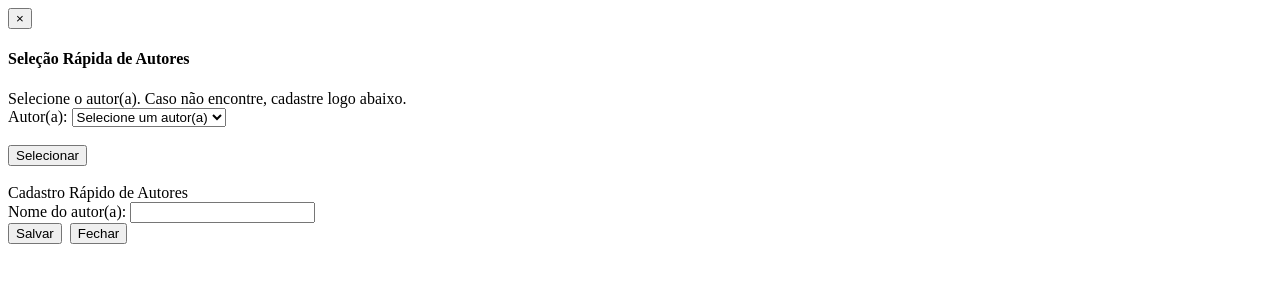
Repository: rrgonzaga/projeto-teste-biblioteca
Page: http://localhost/autor/CadastroRapidoAutor
An editor plug-in stored every save of this project. The page is shown before and after the next save, followed by the edit.
The browser window is 1280 px wide. The pictures show the whole page.
The page is this project's Thymeleaf template; nobody is signed in. The template is opened directly, without the code that normally fills it, so the values that code supplies are empty.

Above is the page before, as saved 2018-11-21 03:13:21.

### biblioteca/src/main/resources/templates/autor/CadastroRapidoAutor.html
<!DOCTYPE html>
<html lang="pt" xmlns="http://www.w3.org/1999/xhtml"
xmlns:th="http://www.thymeleaf.org">

<head></head>

<body>
	<!-- Modal -->
	<div class="modal fade" id="CadastroRapidoAutor-modal" tabindex="-1" role="dialog" th:fragment="CadastroRapidoAutor-modal">
	  <div class="modal-dialog modal-lg" >
	    <div class="modal-content">
	      <div class="modal-header">
	        <button type="button" class="close" data-dismiss="modal" ><span aria-hidden="true">&times;</span></button>
	        <h4 class="modal-title" id="myModalLabel">Seleção Rápida de Autores</h4>
	      </div>
	      <div class="modal-body">
	      	<form class="form-horizontal" th:action="@{/autores}">
		      	<div id="SelecaoRapida">
		      		<div class="">
		      			<div class="alert alert-info" role="alert">Selecione o autor(a). Caso não encontre, cadastre logo abaixo.</div>
		      			<label for="" class="control-label">Autor(a):</label>
	      				<select id="sel-autor-modal" class="form-control">
	      					<option value="">Selecione um autor(a)</option>
	      					<option th:each="autor: ${autores}" th:value="${autor.codigo}" th:text="${autor.nome}"></option>
	      				</select>
		      		</div>
	      		    <br>
		      		<div class="text-right">
		      			<button id="btnSelecionar-modal" type="button" class="btn btn-primary">Selecionar</button>
		      		</div>
	      		</div>
		      	<br>
		      	<div id="CadastroRapido">
		      		<div id="js-mensagem-cadastro-rapido-autores" class="alert alert-danger hidden" role="alert"></div>
		      		<div class="alert alert-warning" role="alert">Cadastro Rápido de Autores</div>
		      		<div id="form-group-input-nome-autor" class="">
		      			<label for="id-autor-modal" class="col-sm-1 control-label">Nome do autor(a):</label>
		      			<input type="text" id="id-autor-modal" class="form-control">
		      		</div>
	      		</div>


	      	</form>
	      </div>
	      <div class="modal-footer">
	        <button id="btnSalvar-modal" type="button" class="btn btn-default">Salvar</button>&nbsp;
	        <button type="button" class="btn btn-default" data-dismiss="modal">Fechar</button>
	      </div>
	    </div>
	  </div>
	</div>
	<!-- Fim Modal -->

</body>
</html>

After the next save:
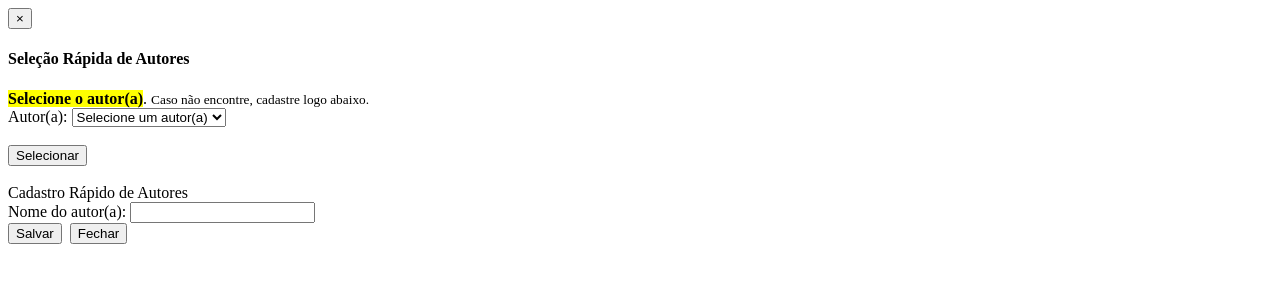
Saved 11 min 40 s later.
--- a/biblioteca/src/main/resources/templates/autor/CadastroRapidoAutor.html
+++ b/biblioteca/src/main/resources/templates/autor/CadastroRapidoAutor.html
@@ -17,7 +17,7 @@ xmlns:th="http://www.thymeleaf.org">
 	      	<form class="form-horizontal" th:action="@{/autores}">
 		      	<div id="SelecaoRapida">
 		      		<div class="">
-		      			<div class="alert alert-info" role="alert">Selecione o autor(a). Caso não encontre, cadastre logo abaixo.</div>
+		      			<div class="alert alert-info" role="alert"><mark><strong>Selecione o autor(a)</strong></mark>. <small>Caso não encontre, cadastre logo abaixo.</small></div>
 		      			<label for="" class="control-label">Autor(a):</label>
 	      				<select id="sel-autor-modal" class="form-control">
 	      					<option value="">Selecione um autor(a)</option>
@@ -32,7 +32,7 @@ xmlns:th="http://www.thymeleaf.org">
 		      	<br>
 		      	<div id="CadastroRapido">
 		      		<div id="js-mensagem-cadastro-rapido-autores" class="alert alert-danger hidden" role="alert"></div>
-		      		<div class="alert alert-warning" role="alert">Cadastro Rápido de Autores</div>
+		      		<div class="alert alert-warning" role="alert text-center">Cadastro Rápido de Autores</div>
 		      		<div id="form-group-input-nome-autor" class="">
 		      			<label for="id-autor-modal" class="col-sm-1 control-label">Nome do autor(a):</label>
 		      			<input type="text" id="id-autor-modal" class="form-control">
